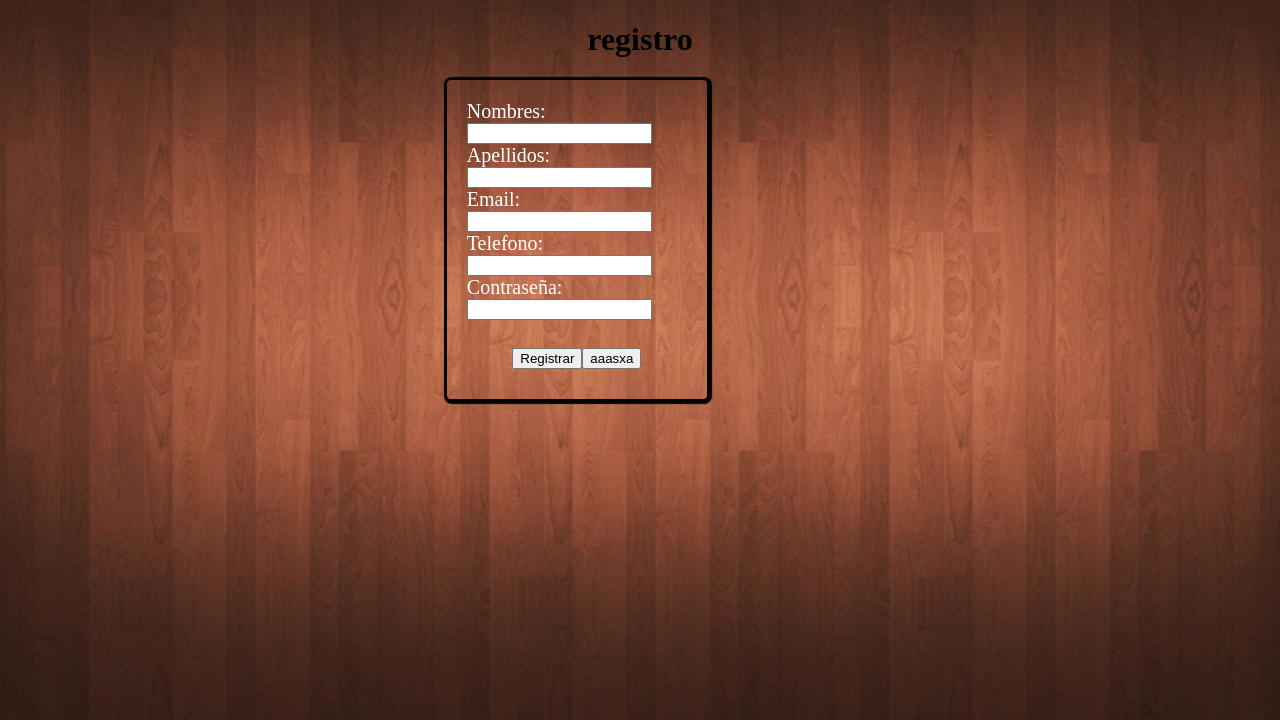
Repository: ye909/aplicacion_restaurante
Page: public/templeis/registro.html
These files come from the project's save history. The page is drawn as it stood at one moment and after the next save; the edit follows.
The browser window is 1280 px wide. The pictures show the whole page.

Above is the page before, as saved 2024-11-12 21:45:32.

### public/templeis/registro.html
<!DOCTYPE html>
<html lang="en">
<head>
    <meta charset="UTF-8">
    <meta name="viewport" content="width=device-width, initial-scale=1.0">
    <link rel="stylesheet" href="../css/registro.css">
    <title>Document</title>
</head>
<body>
    <h1>registro</h1>
    <div class="container_registro">
        <form action="" method="post">
            <label for="nombres">Nombres:</label><br>
            <input type="text" id="nombres" name="nombres" required>
            <br>
            <label for="apellidos">Apellidos:</label><br>
            <input type="text" id="apellidos" name="apellidos" required>
            <br>
            <label for="email">Email:</label><br>
            <input type="email" id="email" name="email" >
            <br>
            <label for="number">Telefono:</label><br>
            <input type="number" id="telefono" name="telefono" >
            <br>
            <label for="password">Contraseña:</label><br>
            <input type="password" id="password" name="password">
            <br><br>
            <div class="container_btn">
                <button>Registrar</button>
                <button>aaasxa</button>
            </div>
        </form>
    </div>
</body>
</html>

### public/css/registro.css

body{

    background-image: url(../imagen/fondo_card.jpg);
    background-attachment: fixed;
    background-size:cover;
    background-repeat:no-repeat;
    background-size: 100% 100%;
}
h1{
    text-align: center;
}
.container_registro{
    width: 90%;
    display: flex;
    justify-content: center;
    align-items:center;
}
form{

    padding: 20px;

  box-shadow: rgb(3, 3, 4) 1px 1px 1px 4px   ;
 border-radius: 4px;
}
label{
    color:white;
    font-size: 20px;
}
.container_btn{
    display: flex;
    justify-content: center;
    align-items: center;
    padding: 10px;
    width: 200px;
}
/*
label{
    font-size: 20px;

}
input{
    padding: 10px;
    width: 400px;
    margin: 5px;
}
:is(button){
    padding: 6px;
    width: 160px;
    margin: 10px;
}
.checkbox{
    display: flex;
} */

After the next save:
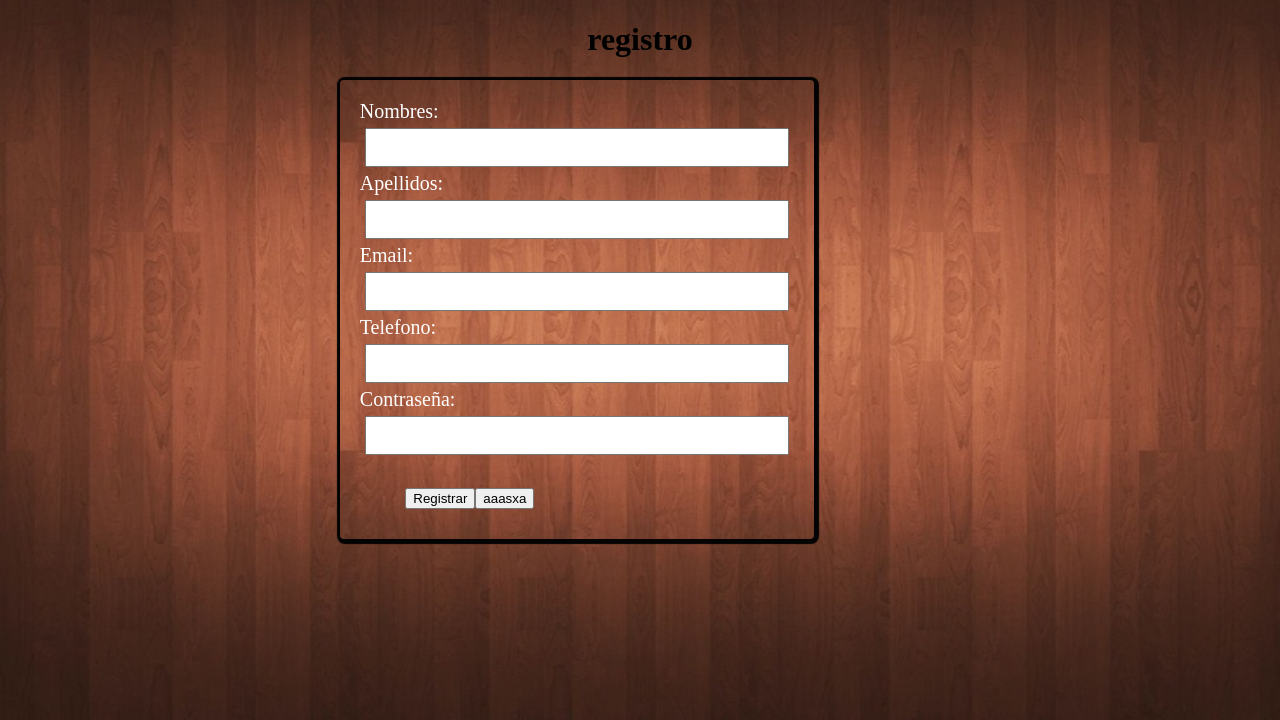
Saved 14 s later.
--- a/public/css/registro.css
+++ b/public/css/registro.css
@@ -34,16 +34,17 @@ label{
     padding: 10px;
     width: 200px;
 }
+input{
+    padding: 10px;
+    width: 400px;
+    margin: 5px;
+}
 /*
 label{
     font-size: 20px;
 
 }
-input{
-    padding: 10px;
-    width: 400px;
-    margin: 5px;
-}
+
 :is(button){
     padding: 6px;
     width: 160px;
